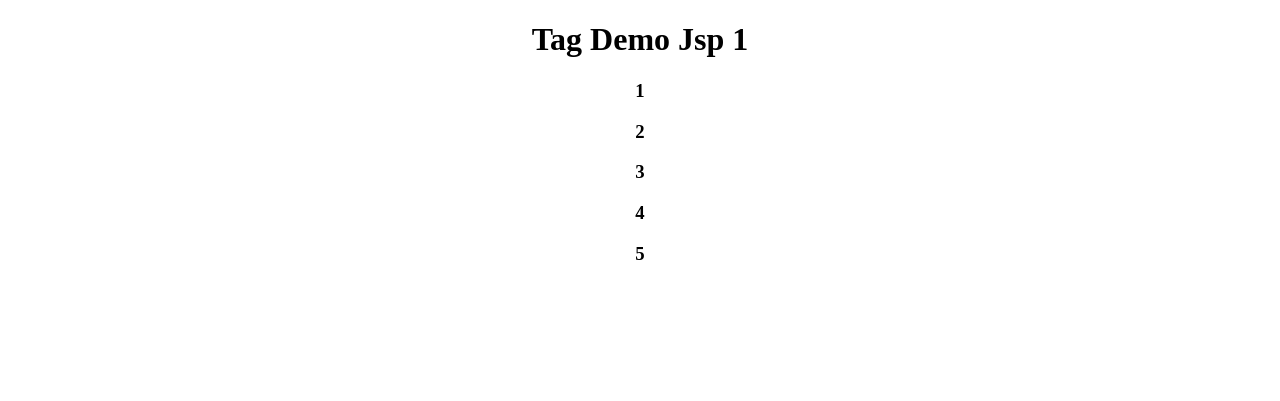
Repository: dannytayade1495/WEJE3
Page: http://localhost/jsp/TagDemo1.jsp
These files come from the project's save history. The page is drawn as it stood at one moment and after the next save; the edit follows.
The browser window is 1280 px wide. The pictures show the whole page.
The page is served by Tomcat 9.

Above is the page before, as saved 2023-03-23 10:59:57.

### jsp/src/main/webapp/TagDemo1.jsp
<%@page import="java.util.ArrayList"%>
<%@page import="java.util.List"%>
<%@ page language="java" contentType="text/html; charset=UTF-8"
	pageEncoding="UTF-8"%>

<!DOCTYPE html>
<html>
<head>
<meta charset="UTF-8">
<title>Tag Demo Page</title>
</head>
<body>
	<div align="center">
		<h1>Tag Demo Jsp 1</h1>
		<%!List<Integer> list = new ArrayList();%>
		<%
		list.add(1);
		list.add(2);
		list.add(3);
		list.add(4);
		list.add(5);
		%>
		<%
		for (Integer num : list) {
		%>
		<h3><%=num%></h3>
		<%
		}
		%>
	</div>
</body>
</html>

### jsp/src/main/webapp/TagDemo2.jsp
<%@ page language="java" contentType="text/html; charset=UTF-8"
	pageEncoding="UTF-8"%>

<!DOCTYPE html>
<html>
<head>
<meta charset="UTF-8">
<title>Tag Demo 2</title>
</head>
<body>

	<div align="center">
		<h1>Tag Demo Jsp 2</h1>
		<%!int a = 10;
	int b = 20;
	int c = 0;%>

		<%!public int add() {
		return a + b;
	}%>

		<%
		c = add();
		%>

		<h3><%=c%></h3>
	</div>

</body>
</html>

After the next save:
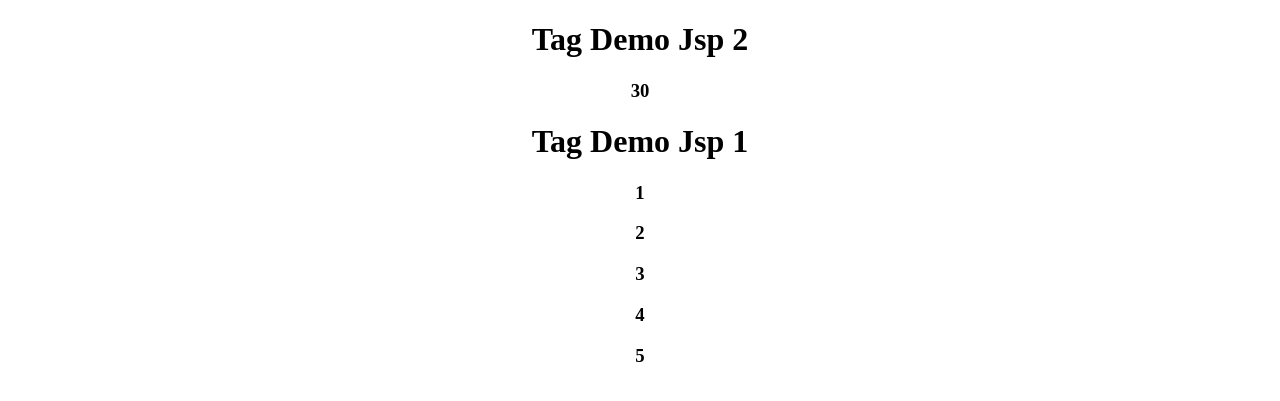
Saved 6 s later.
--- a/jsp/src/main/webapp/TagDemo1.jsp
+++ b/jsp/src/main/webapp/TagDemo1.jsp
@@ -2,7 +2,7 @@
 <%@page import="java.util.List"%>
 <%@ page language="java" contentType="text/html; charset=UTF-8"
 	pageEncoding="UTF-8"%>
-
+	<jsp:include page="TagDemo2.jsp" />
 <!DOCTYPE html>
 <html>
 <head>
